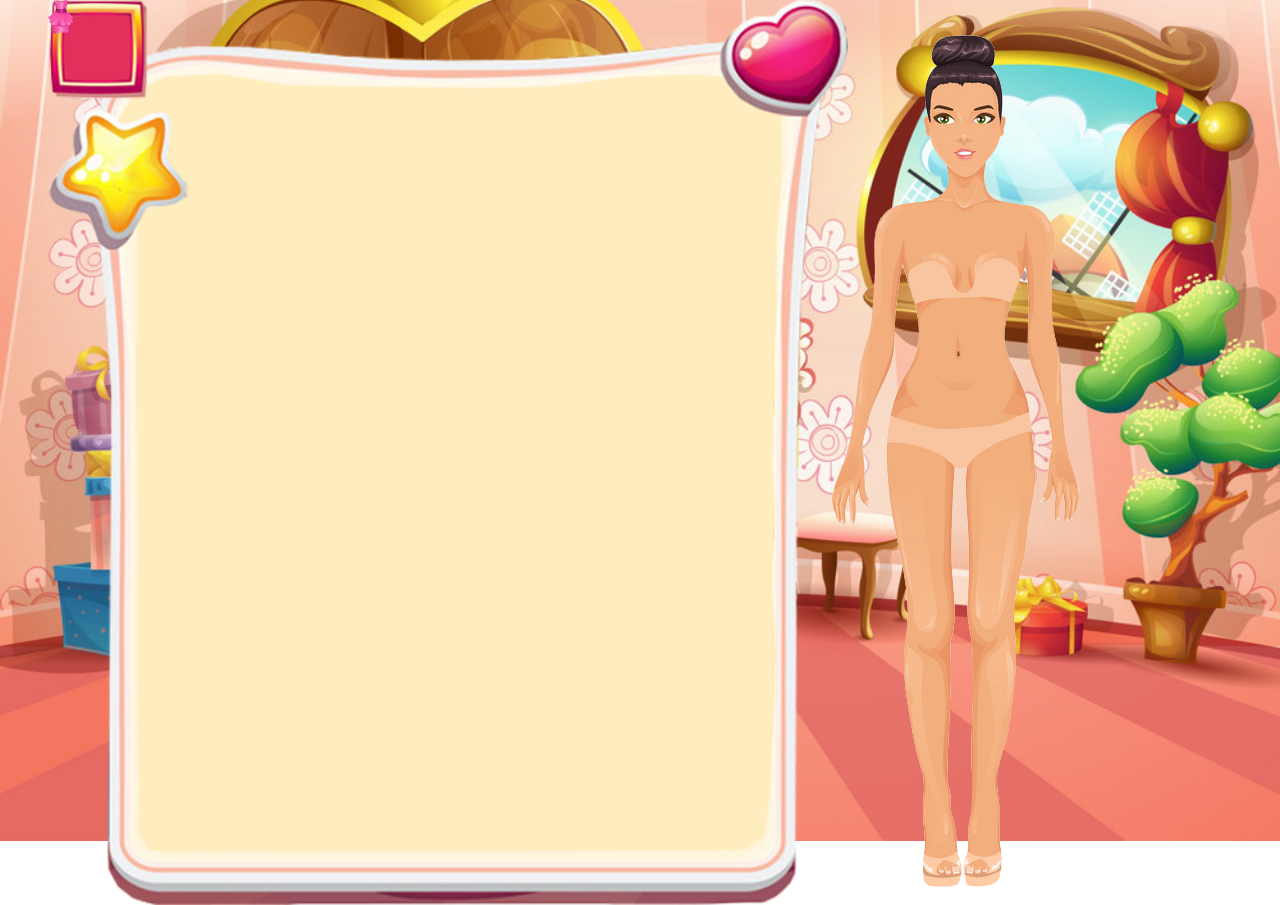
Repository: bunbubam/GameThayDoReactjs_NguyenKhacNghia
Page: /
An editor plug-in stored every save of this project. The page is shown before and after the next save, followed by the edit.
The browser window is 1280 px wide. The pictures show the whole page.
The project was rebuilt for these pictures with package versions that can differ from the ones it lists, and the page was loaded fresh each time.

Above is the page before, as saved 2022-03-30 15:46:15.

### public/index.html
<!doctype html>
<html lang="en">
  <head>
    <title>GameThaydo</title>
    <!-- Required meta tags -->
    <meta charset="utf-8">
    <meta name="viewport" content="width=device-width, initial-scale=1, shrink-to-fit=no">

    <!-- Bootstrap CSS -->
    <link rel="stylesheet" href="https://stackpath.bootstrapcdn.com/bootstrap/4.3.1/css/bootstrap.min.css" integrity="sha384-ggOyR0iXCbMQv3Xipma34MD+dH/1fQ784/j6cY/iJTQUOhcWr7x9JvoRxT2MZw1T" crossorigin="anonymous">
  </head>
  <body>
    <div id="root"></div>
    <!-- Optional JavaScript -->
    <!-- jQuery first, then Popper.js, then Bootstrap JS -->
    <script src="https://code.jquery.com/jquery-3.3.1.slim.min.js" integrity="sha384-q8i/X+965DzO0rT7abK41JStQIAqVgRVzpbzo5smXKp4YfRvH+8abtTE1Pi6jizo" crossorigin="anonymous"></script>
    <script src="https://cdnjs.cloudflare.com/ajax/libs/popper.js/1.14.7/umd/popper.min.js" integrity="sha384-UO2eT0CpHqdSJQ6hJty5KVphtPhzWj9WO1clHTMGa3JDZwrnQq4sF86dIHNDz0W1" crossorigin="anonymous"></script>
    <script src="https://stackpath.bootstrapcdn.com/bootstrap/4.3.1/js/bootstrap.min.js" integrity="sha384-JjSmVgyd0p3pXB1rRibZUAYoIIy6OrQ6VrjIEaFf/nJGzIxFDsf4x0xIM+B07jRM" crossorigin="anonymous"></script>
  </body>
</html>

### src/App.js
import logo from './logo.svg';
import './App.css';
import Dress from './gamethaydo/dress';

function App() {
  return (
    <Dress></Dress>
  );
}

export default App;

### src/App.css
body {
    background: url(gamethaydo/images/dress-room.jpg) no-repeat;
    background-position: 50% 53%;
    background-size: cover;
}
.dress-main .row {height: 100vh;}
.girl img {
    position: absolute;
    bottom: 2%;
    left: 30%;
}
.clothing-box  .row{
    background: url(gamethaydo/images/box.png) no-repeat;
    background-position: 50% 50%;
    background-size: cover;
    width: 800px;
    height: 905px;
}
.clothing-item {
    position: absolute;
    top: 0;
    left: 0;
    background: url(gamethaydo/images/menu.png) no-repeat;
    width: 100px;
    height: 99px;
}
.clothing-item img {width: 25%;}

### src/gamethaydo/dress.js
import React, {Component} from 'react';
import Girl from './images/girl.png';
import Clothing1 from './images/trangphuc1.png';
import Clothing2 from './images/trangphuc2.png';
import Clothing3 from './images/trangphuc3.png';
import Clothing4 from './images/trangphuc4.png';
import Clothing5 from './images/trangphuc5.png';
import Clothing6 from './images/trangphuc6.png';
import Clothing7 from './images/trangphuc7.png';
import Clothing8 from './images/trangphuc8.png';
import Clothing9 from './images/trangphuc9.png';
import Clothing10 from './images/trangphuc10.png';

class Dress extends Component {
    state = {
        girl : Girl,
        clothing : Girl

    }
changeClothing = (imgs) => {
        return(
            this.setState({
                clothing : imgs
            })
        )
    }
    render() {
        return(
            <div className='container-fluid'>
                <div className='dress-main'>
                    <div className='row'>
                        <div className='col-12 col-xl-6 block-left'>
                            <div className='clothing-box position-relative ml-md-5'>
                                <div className='row'>
                                    <div className='col-12 col-xl-4'>
                                        <div className='clothing-item'>
                                            <img onClick={()=>this.changeClothing(Clothing1)} src={require('./images/trangphuc1.png')} className='img-fluid'/>
                                        </div>
                                    </div>
                                </div>
                            </div>
                        </div>
                        <div className='col-12 col-xl-6 block-right position-relative'>
                            <div className='girl'>
                                <img src={this.state.girl} className='img-fluid'/>
                                <img src={this.state.clothing} className='img-fluid'/>
                            </div>
                        </div>
                    </div>
                </div>
            </div>
        )
    };
}
export default Dress;

Loaded but not shown: src/index.js (common file); src/index.css (common file); src/reportWebVitals.js (common file)

After the next save:
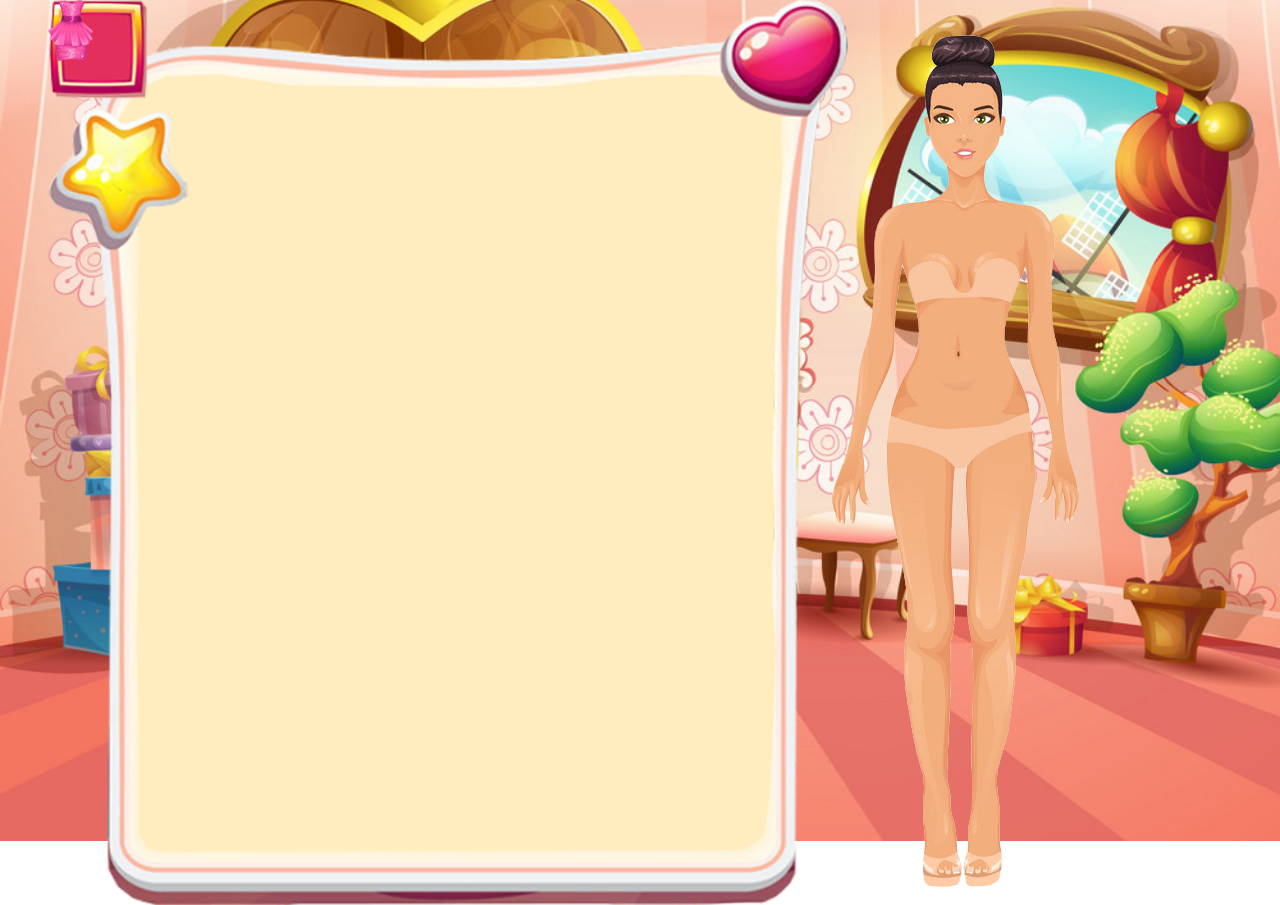
Saved 57 s later.
--- a/src/App.css
+++ b/src/App.css
@@ -24,4 +24,4 @@ body {
     width: 100px;
     height: 99px;
 }
-.clothing-item img {width: 25%;}
+.clothing-item img {width: 45%;}
